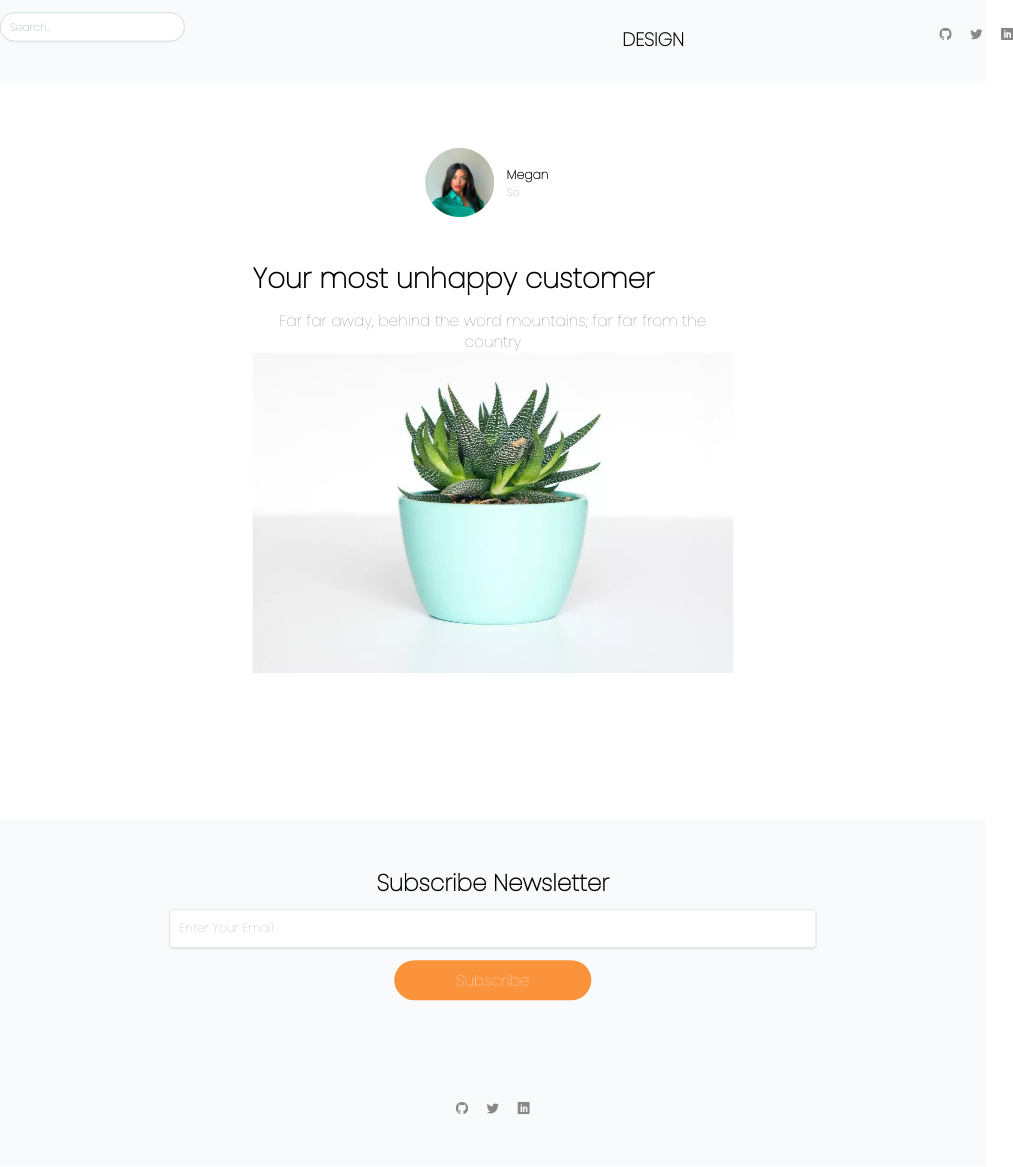
Repository: Megan74/blog5
Page: /posts/page
The author's editor kept a copy of each file at every save. The page is drawn from the files as they stood at one save, then again after a run of saves.
The browser window is 1280 px wide. The page is 1316 px wide, so the pictures cover 1316 px, including what lies to the right of the window. The pictures show the whole page, at 77% of full size.
The project was rebuilt for these pictures with package versions that can differ from the ones it lists, and the page was loaded fresh each time. The framework's server and built-in components were replaced by stand-ins that run in the browser. Also part of the build but not shown: next.config.js.

Above is the page before, as saved 2022-07-02 18:32:58.

### pages/posts/page.js
/* eslint-disable jsx-a11y/alt-text */
import Format from "../../layout/format";
import Author from "../../components/_child/author";
import Image from "next/image";


export default function Page() {

    return(
        <Format>
            <section className="container mx-auto md:px-2 py-16 w-1/2">
            <div className="flex justify-center">
            <Author></Author>
           </div>

         <div className="post py-10">
            <h1 className="font-bold text-4xl text-cente  pb-5">Your most unhappy customer </h1>

            <p className="text-gray-500 text-xl text-center">Far far away, behind the word mountains; far far from the country</p>
          <div className="py10">
           <Image src="/images/img1.jpeg" width={900} height={600}></Image>
          </div>
            <div className="content text-gray-600 text-lg flex flex-col gap-4"></div>
         </div>
         </section>

        </Format>




    )
    }

### styles/globals.css
@import url('https://fonts.googleapis.com/css2?family=Poppins:wght@100&family=Roboto:ital,wght@1,300&display=swap');
@tailwind base;
@tailwind components;
@tailwind utilities;



* > * {
  font-family: 'Poppins', sans-serif;
}

.text-inline{
  @apply mt-1 block w-60 px-3 py-2 bg-white border border-slate-300 rounded-full text-sm shadow-sm placeholder-slate-500;
}

.social{
  display: block;
  background-size: 60px;
  transform: scale(1);
  width: 60px;
  height: 60px;
 }

.social:hover{
  transform: scale(1.2);
  transition: all 0.3s ease-in-out;
}

### layout/format.js
import Head from "next/head";
import Header from "../components/header";
import Footer from "../components/footer";


export default function format ({children}){
return (
      <>

      <Head>
        <title>Blog</title>
      </Head>

    <Header></Header>
    <main> {children}</main>
    <Footer></Footer>
    </>

)

}

### components/_child/author.js
/* eslint-disable jsx-a11y/alt-text */
import Image from "next/image";
import Link from "next/link";


export default function author () {
    return(

       <div className="author flex py-5">
        <Image src={"/images/author/profile.JPG"} width={90} height={90} className="rounded-full"></Image>

        <div className="flex flex-col justify-center px-4">
            <Link href={"/"}><a className="text-md font-bold text-gray italic-font 800 hover:text-gray-600"> Megan</a></Link>

            <span className="text-sm text-gray-500">So</span>
        </div>
       </div>
    )
}

### components/header.js
import { ImGithub, ImTwitter , ImLinkedin } from "react-icons/im";
import Link from 'next/link';


export default function header (){
return (
<header className="bg-gray-50">
<div className="xl:container xl:mx-auto flex flex-col item-center sm:flex-row sm:justify-between text-center py-3">
    <div className="md:flex-none w-96 order-2 sm:order-1 flex justify-center py-4 sm:py-0"></div>
<div>
    <input type="text" className="text-inline" placeholder="Search..."/>
</div>
<div className="shrink w-80 sm:order-2">
    <Link href={'/'}>
    <a className="font-bold uppercase mt-6 text-2xl flex flex-justify-center">Design</a>
    </Link>

</div>
<div className= "social mt-6 w-111 h-55 order-3 flex justify-center">
    <div className="flex gap-6">
        <Link href={'https://github.com/Megan74'}>
        <a><ImGithub color="888888"/></a>
        </Link>
        <Link href={'https://twitter.com/techiemeggy'}>
    <a><ImTwitter color="#888888"/></a>
    </Link>
    <Link href={'https://www.linkedin.com/in/megan-mat/'}>
    <a><ImLinkedin color="#888888"/></a>
    </Link>
</div>

</div>
</div>
</header>
)
}

### components/footer.js
import { ImGithub, ImTwitter , ImLinkedin } from "react-icons/im";
import Link from 'next/link';
import Newsletter from "./_child/newsletter";



export default function footer(){
    return(
 <footer className="bg-gray-50">
      <Newsletter></Newsletter>

    <div className="container mx-auto flex justify-center py-12">
      <div className="py-5">
         <div className="flex gap-6 justify-center">
         <Link href={'https://github.com/Megan74'}>
        <a><ImGithub color="888888"/></a>
        </Link>
        <Link href={'https://twitter.com/techiemeggy'}>
    <a><ImTwitter color="#888888"/></a>
    </Link>
    <Link href={'https://www.linkedin.com/in/megan-mat/'}>
    <a><ImLinkedin color="#888888"/></a>
    </Link>
      </div>



      </div>

    </div>


 </footer>
    )
}

### components/_child/newsletter.js

export default function newsletter(){
return(
 <section className="bg-gray-50 mt-20">


  <div className="container mx-auto md:px-20 py-16 text-center">
      <h1 className="font-bold text-3xl">Subscribe Newsletter</h1>
      <div className="py-4">
        <input type="text" className="shadow border rounded w-9/12 py-3 px-3 text-gray-700 focus:outline-none focus:shadow-outline" placeholder="Enter Your Email"></input>
      </div>
   <button className="bg-orange-400 px-20 py-3 rounded-full text-gray-50 text-xl">
     Subscribe
   </button>
  </div>
  </section>
)
}

Loaded but not shown: pages/_app.js (common file); tailwind.config.js (common file)

After the next 2 saves:
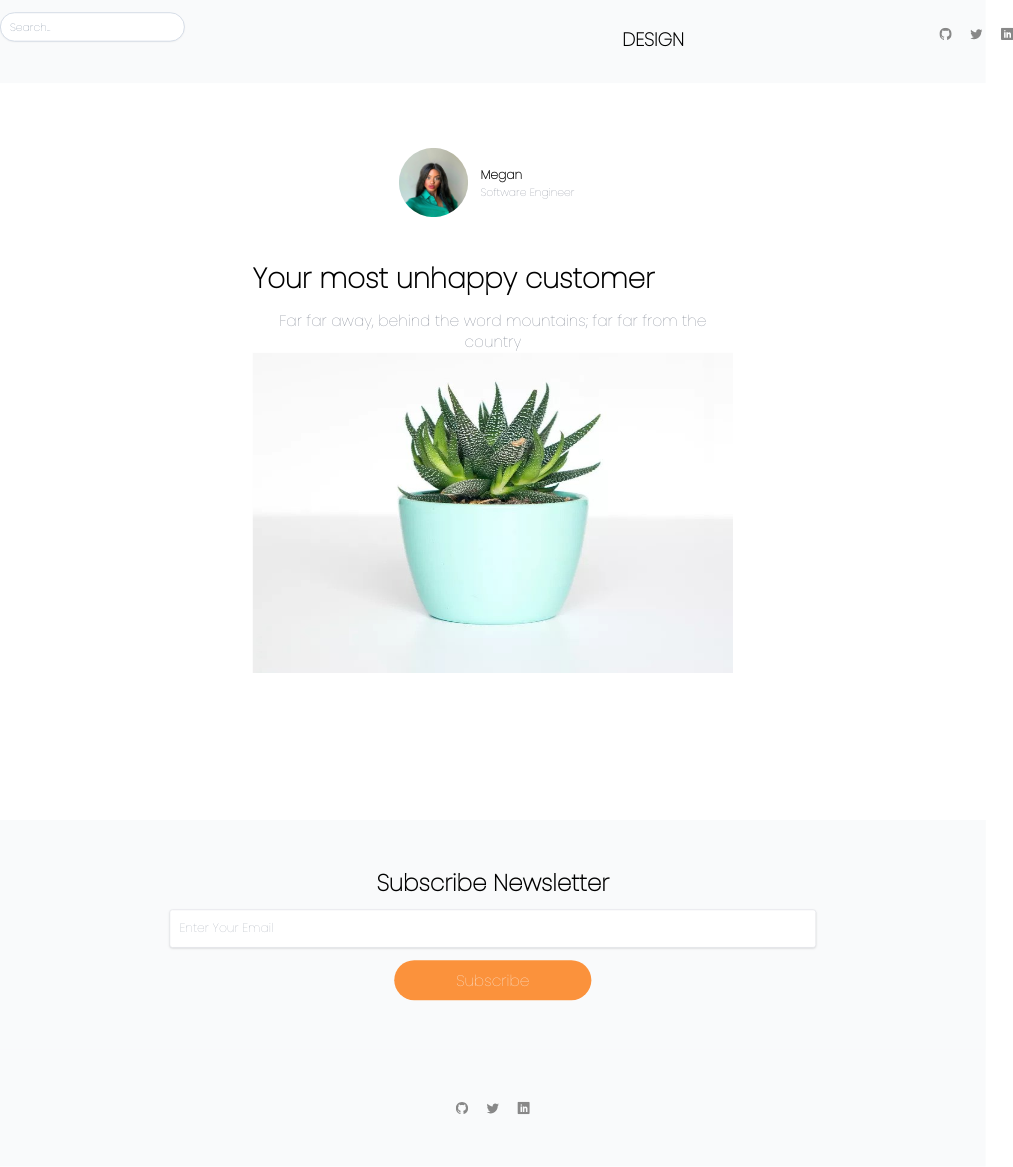
The 2 saves are shown as one change because they came seconds apart.
The last was saved 10 s later.
--- a/components/_child/author.js
+++ b/components/_child/author.js
@@ -12,7 +12,7 @@ export default function author () {
         <div className="flex flex-col justify-center px-4">
             <Link href={"/"}><a className="text-md font-bold text-gray italic-font 800 hover:text-gray-600"> Megan</a></Link>
 
-            <span className="text-sm text-gray-500">So</span>
+            <span className="text-sm text-gray-500">Software Engineer</span>
         </div>
        </div>
     )
